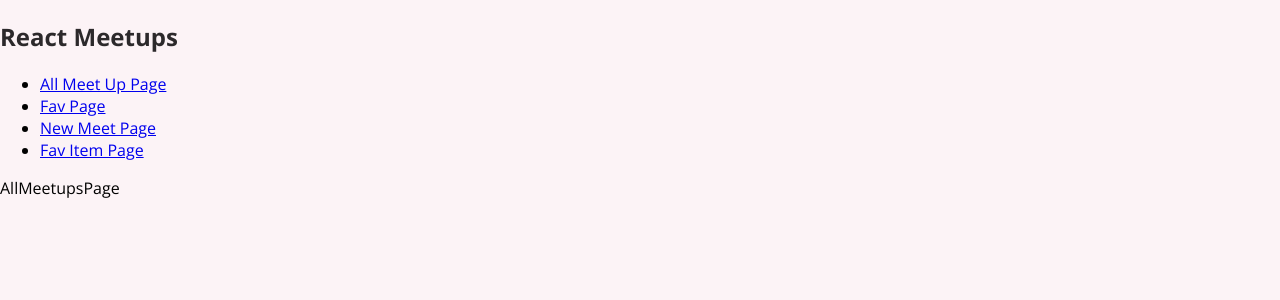
Repository: portretrieve/react-meetup-app
Page: /
These files come from the project's save history. The page is drawn as it stood at one moment and after the next save; the edit follows.
The browser window is 1280 px wide. The pictures show the whole page.
The project was rebuilt for these pictures with package versions that can differ from the ones it lists, and the page was loaded fresh each time. A package was used in the major version that the imports need, not the one package.json lists. Also part of the build but not shown: src/pages/Favourites.js, src/pages/NewMeetup.js, src/pages/ABC.js.

Above is the page before, as saved 2021-08-17 18:13:25.

After the next save:
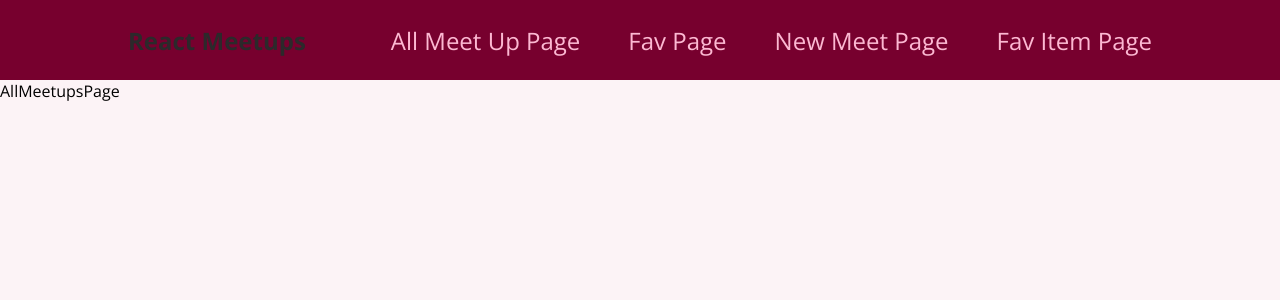
Saved 36 s later.
--- a/src/components/layout/MainNavigation.js
+++ b/src/components/layout/MainNavigation.js
@@ -3,7 +3,7 @@ import classes from "./MainNavigation.module.css";
 
 function MainNavigation() {
   return (
-    <header>
+    <header className={classes.header}>
       <h2>React Meetups</h2>
       <nav>
         <ul>
